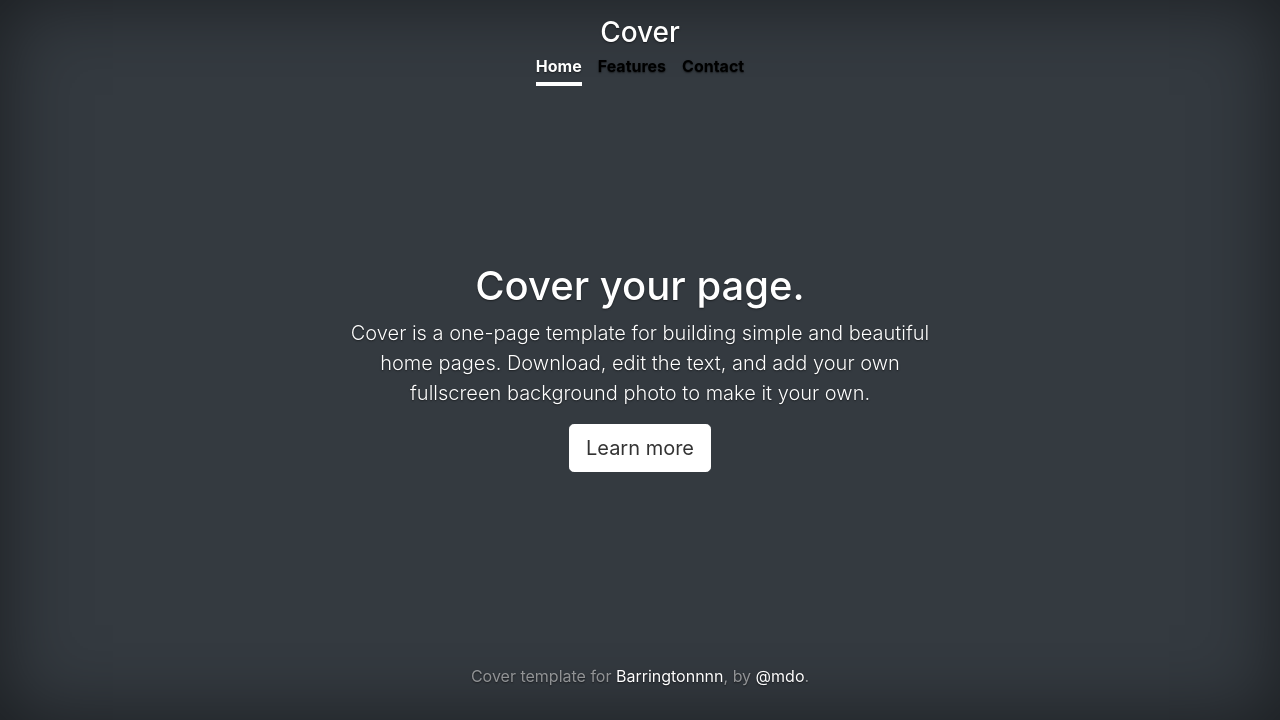
Repository: BarringtonThor/MyWebsite
Page: cover/index.html
An editor plug-in stored every save of this project. The page is shown before and after the next save, followed by the edit.
The browser window is 1280 px wide. The pictures show the whole page.

Above is the page before, as saved 2021-04-21 00:19:27.

After the next save:
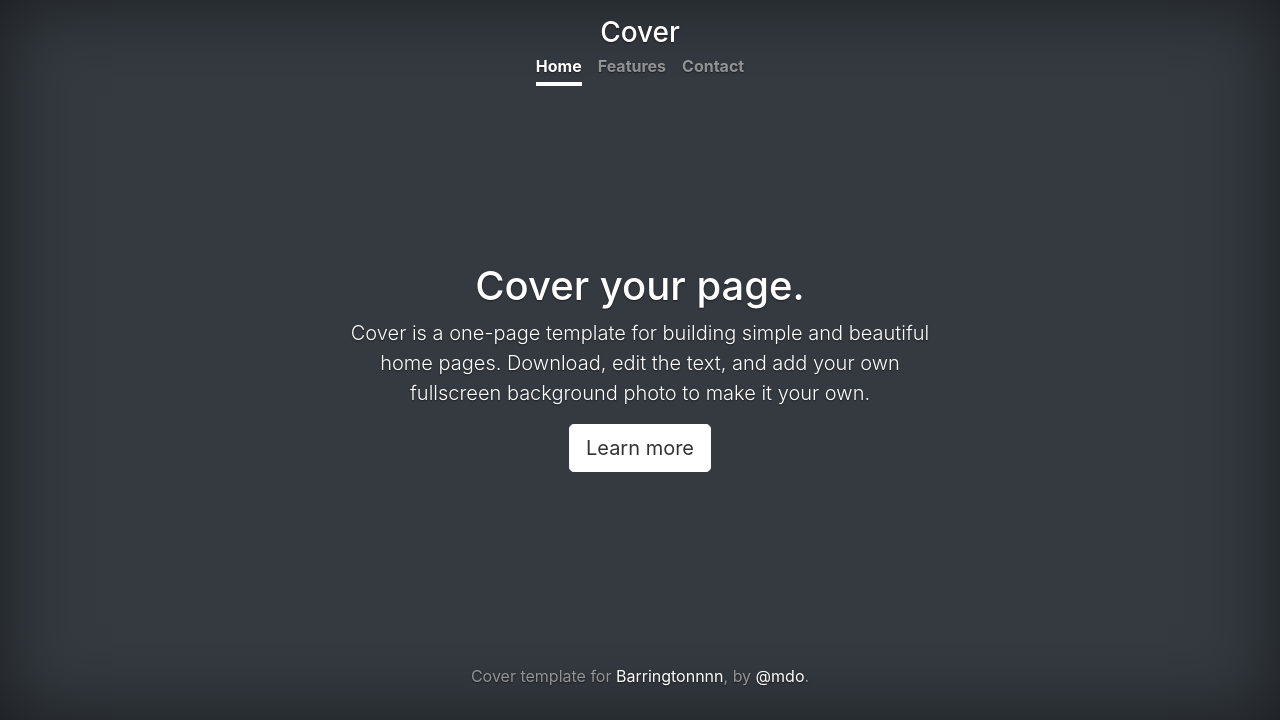
Saved 24 s later.
--- a/cover/cover.css
+++ b/cover/cover.css
@@ -33,7 +33,7 @@ body {
 .nav-masthead .nav-link {
   padding: .25rem 0;
   font-weight: 700;
-  color: black;
+  color: rgba(255, 255, 255, .5);
   background-color: transparent;
   border-bottom: .25rem solid transparent;
 }
